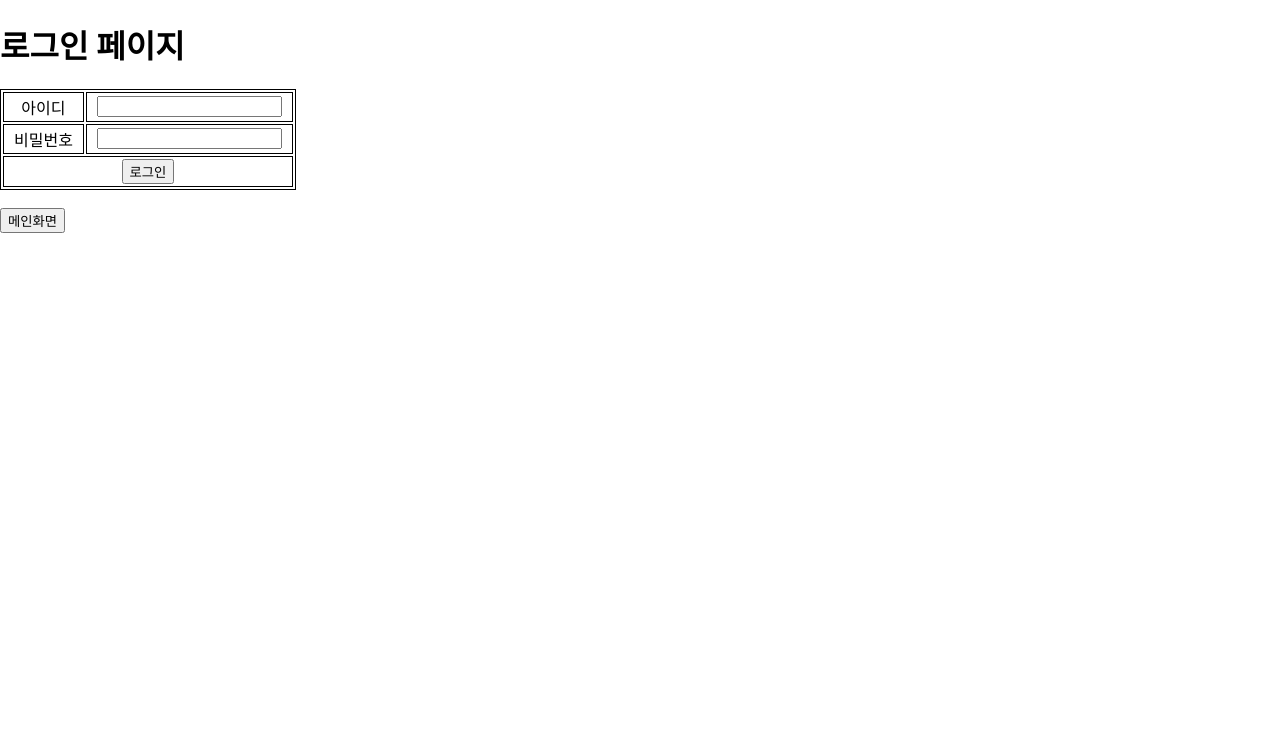
Repository: jjuhye/JSPWorkspace
Page: http://localhost/basic/00_memberLogin/03_21_loginForm.jsp
These files come from the project's save history. The page is drawn as it stood at one moment and after the next save; the edit follows.
The browser window is 1280 px wide. The pictures show the whole page.
The page is served by Tomcat 9.

Above is the page before, as saved 2023-02-22 02:50:59.

After the next save:
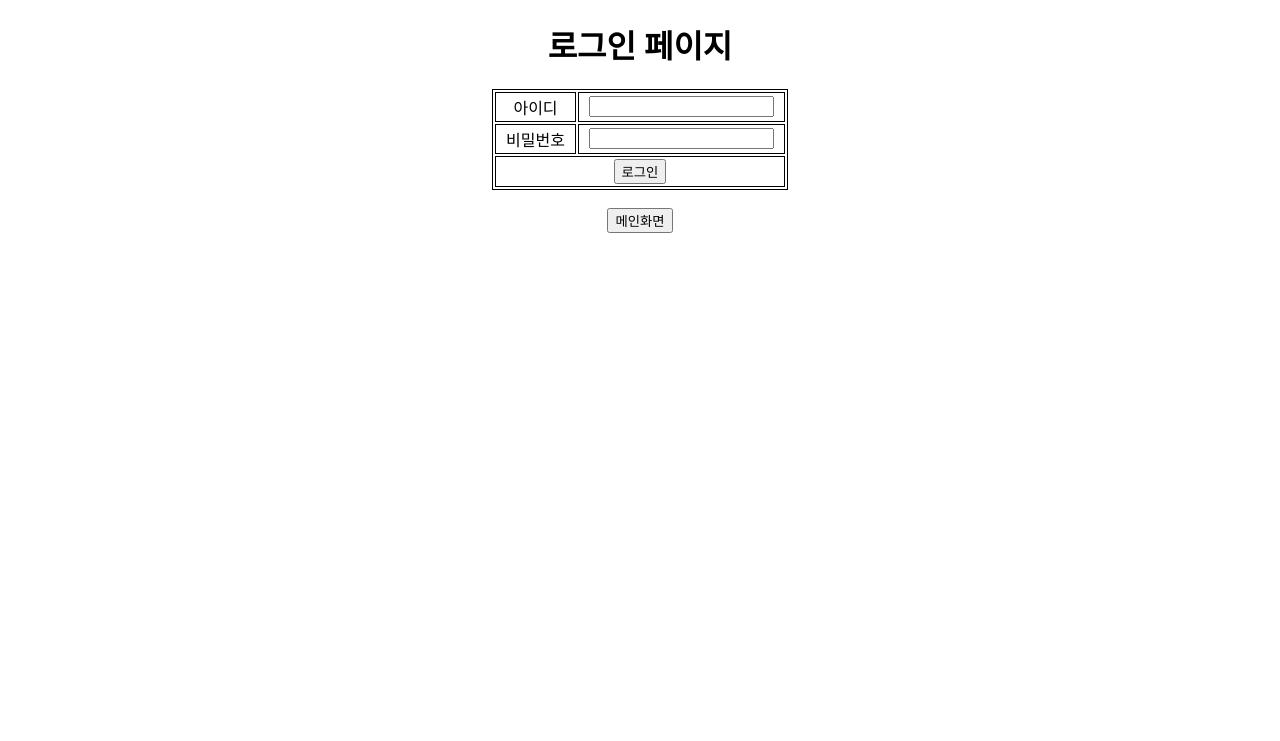
Saved 3 min 18 s later.
--- a/basic/src/main/webapp/00_memberLogin/03_21_loginForm.jsp
+++ b/basic/src/main/webapp/00_memberLogin/03_21_loginForm.jsp
@@ -15,22 +15,26 @@
 List<String> namelist = (List<String>)session.getAttribute("nameList");
 List<String> genderlist = (List<String>)session.getAttribute("genderList");
 %>
-<h1> 로그인 페이지 </h1>
+<div align="center">
+	<h1> 로그인 페이지 </h1>
 
-<table border="1">
-    <tr>
-		<td>아이디</td>
-        <td><input type="text" name="loginId"></td>
-    </tr>
-    <tr>
-        <td>비밀번호</td>
-        <td><input type="text" name="loginPw"></td>
-    </tr>
-    <tr>
-    <td colspan="2"><input type="submit" value="로그인"/></td>
-    </tr>
-</table>
-<br>
-<input type="submit" value="메인화면" formaction="02_main.jsp"/>
+	<form action="03_22_loginPro.jsp" method="post">
+		<table border="1">
+		    <tr>
+				<td>아이디</td>
+		        <td><input type="text" name="loginId"></td>
+		    </tr>
+		    <tr>
+		        <td>비밀번호</td>
+		        <td><input type="text" name="loginPw"></td>
+		    </tr>
+		    <tr>
+		    <td colspan="2"><input type="submit" value="로그인"/></td>
+		    </tr>
+		</table>
+		<br>
+		<input type="submit" value="메인화면" formaction="02_main.jsp"/>
+	</form>
+</div>
 </body>
 </html>
